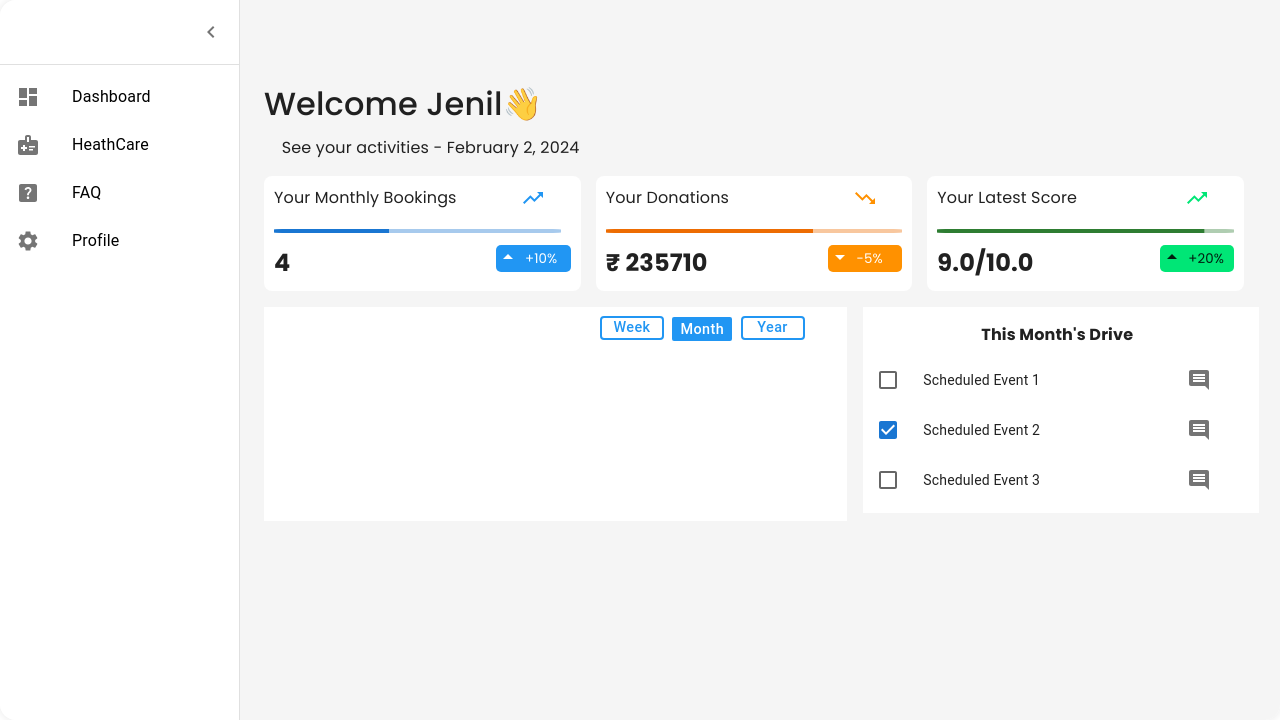
Repository: shubhampirate/Google_Solutions_Edural
Page: /dashboard
The author's editor kept a copy of each file at every save. The page is drawn from the files as they stood at one save, then again after the next save.
The browser window is 1280 px wide. The pictures show the whole page.
The page's requests for data from a server got no answer. The project was rebuilt for these pictures with package versions that can differ from the ones it lists, and the page was loaded fresh each time. Some packages were replaced by stand-ins written for this rebuild. No one was signed in, and anything a server would have sent is missing. Also part of the build but not shown: src/Components/CustomButton.jsx, src/Components/Navbar.jsx, src/Components/Footer.jsx, src/Components/CongratsCard.jsx, src/pages/Hero/Hero.jsx, src/pages/Sign_in.jsx.

Above is the page before, as saved 2024-02-03 17:44:08.

### src/index.js
import React from "react";
import ReactDOM from "react-dom/client";
import "./index.css";
import { GoogleOAuthProvider } from '@react-oauth/google';
import App from "./App";
import { BrowserRouter } from "react-router-dom";
const root = ReactDOM.createRoot(
    document.getElementById("root"));
root.render(
    <BrowserRouter>
<GoogleOAuthProvider clientId="730379698185-cv7a59sok9sod43v04ee6g6pt4gtaea2.apps.googleusercontent.com">
        {/* <React.StrictMode> */}
            <App />
        {/* </React.StrictMode> */}
    </GoogleOAuthProvider>
    </BrowserRouter>

);

### src/App.jsx
import Hero from "./pages/Hero/Hero";
import Dashboard from "./pages/Dashboard/Dashboard";
import SignIn from "./pages/Sign_in";
import {useState} from "react";
import { Route, Routes } from "react-router-dom";
function App() {
  return (
    <>
      {/* <Hero />   */}
      {/* <SignIn /> */}
      <Routes>
        <Route path="/signin" element={<><SignIn /></>} />
        <Route path="/dashboard" element={<><Dashboard /></>} />
        {/* <Route path="/education" element={<><Education /></>} /> */}
        {/* <Route path="/health" element={<><Health /></>} /> */}
        {/* <Route path="/profile" element={<><Profile /></>} /> */}
        {/* <Route path="/finance" element={<><Finance /></>} /> */}
        {/* <Route path="/questions" element={<><Questions /></>} /> */}
        {/* <Route path="/retireaibot" element={<><Bot /></>} /> */}
        <Route path="/" element={<><Hero /></>} />
      </Routes>
         </>
  );
}

export default App;

### src/pages/Dashboard/Dashboard.jsx
import * as React from 'react';
import { styled, createTheme, ThemeProvider } from '@mui/material/styles';
import CssBaseline from '@mui/material/CssBaseline';
import MuiDrawer from '@mui/material/Drawer';
import Box from '@mui/material/Box';
import MuiAppBar from '@mui/material/AppBar';
import Toolbar from '@mui/material/Toolbar';
import {
  LinearProgress, ListItem, CircularProgress, Checkbox, ListItemText, Dialog, DialogActions, DialogContent,
  DialogContentText, DialogTitle, ListItemIcon, ListItemButton
} from '@mui/material';
import TrendingUpIcon from '@mui/icons-material/TrendingUp';
// import { PieChart } from '@mui/x-charts/PieChart';
// import { useDrawingArea } from '@mui/x-charts/hooks';
import TrendingDownIcon from '@mui/icons-material/TrendingDown';
import List from '@mui/material/List';
import Divider from '@mui/material/Divider';
import IconButton from '@mui/material/IconButton';
import ArrowDropUpIcon from '@mui/icons-material/ArrowDropUp';
import ArrowDropDownIcon from '@mui/icons-material/ArrowDropDown';
import Grid from '@mui/material/Grid';
import MenuIcon from '@mui/icons-material/Menu';
import ChevronLeftIcon from '@mui/icons-material/ChevronLeft';
import { mainListItems } from '../../Components/listItems';
import axios from 'axios';
import Button from '@mui/material/Button';
import CommentIcon from '@mui/icons-material/Comment';
import Swal from 'sweetalert2';
import { useState } from 'react';
import { useEffect } from 'react';
// import { Bar } from "react-chartjs-2";
// import { BarElement, CategoryScale, Chart as ChartJS, Legend, LinearScale, Title, Tooltip } from "chart.js";
// import GoogleTranslateComponent from '../../Components/GoogleTranslateComponent';
// import csacc from "../../media/csacc.png"
// import creditscoremodel from "../../media/creditscoremodel.png"
// import creditflow from "../../media/creditflowchart.png"
// ChartJS.register(CategoryScale, LinearScale, BarElement, Title, Tooltip, Legend);

const drawerWidth = 240;

const AppBar = styled(MuiAppBar, {
  shouldForwardProp: (prop) => prop !== 'open',
})(({ theme, open }) => ({
  zIndex: theme.zIndex.drawer + 1,
  transition: theme.transitions.create(['width', 'margin'], {
    easing: theme.transitions.easing.sharp,
    duration: theme.transitions.duration.leavingScreen,
  }),
  ...(open && {
    marginLeft: drawerWidth,
    width: `calc(100% - ${drawerWidth}px)`,
    transition: theme.transitions.create(['width', 'margin'], {
      easing: theme.transitions.easing.sharp,
      duration: theme.transitions.duration.enteringScreen,
    }),
  }),
}));

const Drawer = styled(MuiDrawer, { shouldForwardProp: (prop) => prop !== 'open' })(
  ({ theme, open }) => ({
    '& .MuiDrawer-paper': {
      position: 'relative',
      whiteSpace: 'nowrap',
      width: drawerWidth,
      transition: theme.transitions.create('width', {
        easing: theme.transitions.easing.sharp,
        duration: theme.transitions.duration.enteringScreen,
      }),
      boxSizing: 'border-box',
      ...(!open && {
        overflowX: 'hidden',
        transition: theme.transitions.create('width', {
          easing: theme.transitions.easing.sharp,
          duration: theme.transitions.duration.leavingScreen,
        }),
        width: theme.spacing(7),
        [theme.breakpoints.up('sm')]: {
          width: theme.spacing(9),
        },
      }),
    },
  }),
);

var currentDate = new Date();

var months = [
  "January", "February", "March", "April", "May", "June",
  "July", "August", "September", "October", "November", "December"
];

var formattedDate = months[currentDate.getMonth()] + " " + currentDate.getDate() + ", " + currentDate.getFullYear();

const defaultTheme = createTheme();

export default function Dashboard() {
  const [open, setOpen] = React.useState(true);
  const toggleDrawer = () => {
    setOpen(!open);
  };

  const [expensedata, setExpensedata] = useState([])

  useEffect(() => {
    loadList();
  }, []);


  const loadList = async () => {
    const result = await axios.get(`https://wixstocle.pythonanywhere.com/api/expense/`, {
      headers: { "Authorization": `Token 11c868750d92deda81638c5a9a59177bdc7ae41a` },
    });
    console.log(result.data.data);
    setExpensedata(result.data.data);
  }

  const getLabels = () => expensedata.slice(-5).map(data => data.date);

  const getData = (key) => expensedata.slice(-5).map(data => data[key]);

  const optionsexpense = {
    indexAxis: 'x',
    elements: {
      bar: {
        borderWidth: 0,
      },
    },
    responsive: true,
    interaction: {
      mode: 'index',
      intersect: false,
    },
    scales: {
      x: {
        stacked: false,
      },
      y: {
        stacked: false,
      },
    },
    plugins: {
      legend: {
        position: 'top',
      }
    },
  };

  const dataexpense = {
    labels: getLabels(),
    datasets: [
      {
        label: 'Revenue',
        data: getData('income'),
        backgroundColor: '#2196f3',
      },
      {
        label: 'Spendings',
        data: getData('expense'),
        backgroundColor: '#ff9100',
      },
      {
        label: 'Savings',
        data: getData('savings'),
        backgroundColor: '#00e676',
      },
    ],
  };

  const today = new Date();
  const year = today.getFullYear();
  const month = String(today.getMonth() + 1).padStart(2, '0'); // Months are zero-based
  const day = String(today.getDate()).padStart(2, '0');

  const todayDate = `${year}-${month}-${day}`;

  const [userData, setUserData] = React.useState({
    income: '',
    savings: '',
    expense: '',
    date: todayDate,
    user: "tony@gmail.com"
  });

  const handleChangePlan = (field, value) => {
    setUserData((prevData) => ({ ...prevData, [field]: value }));
  };
  const creditscore = 87.4;

  const handlePostData = () => {
    console.log(userData);
    fetch(`https://wixstocle.pythonanywhere.com/api/expense/`, {
      method: 'POST',
      headers: {
        "Authorization": `Token 11c868750d92deda81638c5a9a59177bdc7ae41a`,
        'Content-Type': 'application/json',
      },
      body: JSON.stringify(userData),
    })
      .then((response) => response.json())
      .then((data) => {
        // console.log(data);
        if (data.status == true) {
          Swal.fire({
            icon: 'success',
            title: 'Successfully Saved the details',
            showConfirmButton: false,
            timer: 3000
          })
          setExpensedata([...expensedata, userData]);
        }
        else {
          Swal.fire({
            icon: 'error',
            title: data.message,
            showConfirmButton: false,
            timer: 3000
          })
        }
      });
  };


//   function PieCenterLabel({ children }) {
//     const { width, height, left, top } = useDrawingArea();
//     return (
//       <StyledText x={left + width / 2} y={top + height / 2}>
//         {children}
//       </StyledText>
//     );
//   }

  const [checked, setChecked] = React.useState([1]);

  const handleToggle = (value) => () => {
    const currentIndex = checked.indexOf(value);
    const newChecked = [...checked];

    if (currentIndex === -1) {
      newChecked.push(value);
    } else {
      newChecked.splice(currentIndex, 1);
    }

    setChecked(newChecked);
  };
  return (
    <ThemeProvider theme={defaultTheme}>
      <Box sx={{ display: 'flex', borderRadius: '16px', overflow: 'hidden', boxShadow: '0px 0px 10px rgba(0, 0, 0, 0.1)' }} >
        <CssBaseline />
        <AppBar position="absolute" open={open} sx={{ backgroundColor: "whitesmoke", boxShadow: 'none' }}>
          <Toolbar
            sx={{
              pr: '24px', // keep right padding when drawer closed
              display: 'flex',
              alignItems: 'center',
              justifyContent: 'space-between',
            }}>
            <Box sx={{ display: 'flex', alignItems: 'center' }}>
              <IconButton
                edge="start"
                aria-label="open drawer"
                onClick={toggleDrawer}
                sx={{
                  marginRight: '36px',
                  ...(open && { display: 'none' }),
                  backgroundColor: "#fff"
                }}>
                <MenuIcon />
              </IconButton>
            </Box>
          </Toolbar>
        </AppBar>
        <Drawer variant="permanent" open={open}>
          <Toolbar
            sx={{
              display: 'flex',
              alignItems: 'center',
              justifyContent: 'flex-end',
              px: [1],
            }}
          >
            {/* <GoogleTranslateComponent /> */}
            <IconButton onClick={toggleDrawer}>
              <ChevronLeftIcon />
            </IconButton>
          </Toolbar>
          <Divider />
          <List component="nav">
            {mainListItems}
          </List>
        </Drawer>
        <Box
          component="main"
          sx={{
            backgroundColor: (theme) =>
              theme.palette.mode === 'light'
                ? theme.palette.grey[100]
                : theme.palette.grey[900],
            flexGrow: 1,
            height: '100vh',
            overflow: 'auto',
          }}>
          <Toolbar />
          <Grid container spacing={2} marginTop="0.02rem" paddingLeft={3} paddingRight={2}>
            <Grid item xs={12}>
              <div style={{ fontSize: "2rem", fontWeight: "500" }}>Welcome Jenil👋  </div>
            </Grid>
            <Grid item xs={12} marginTop="-0.5rem">
              <div> &nbsp; &nbsp; See your activities - {formattedDate} </div>
            </Grid>
          </Grid>
          <Grid container spacing={2} marginTop="1rem" paddingLeft={5} paddingRight={2}>
            <Grid item xs={12} md={3.8} style={{ backgroundColor: "white", padding: "10px", marginRight: "15px", borderRadius: "0.5rem" }}>
              <Grid item xs={12}>
                <Grid container>
                  <Grid item xs={10}><div>Your Monthly Bookings</div></Grid>
                  <Grid item xs={2}><TrendingUpIcon sx={{ color: "#2196f3" }} /></Grid>
                </Grid>
                <Grid item xs={12}>
                  <LinearProgress variant="determinate" value={40} sx={{ color: "#2196f3", borderRadius: "10%", margin: "12px 10px 12px 0px" }} />
                </Grid>
                <Grid item xs={12}>
                  <Grid container>
                    <Grid item xs={9}>
                       <div style={{ fontSize: "1.5rem", fontWeight: "550" }}> 4</div>
                    </Grid>
                    <Grid item xs={3} style={{ backgroundColor: "#2196f3", color: "white", borderRadius: "5px", height: "1.65rem" }}>
                      <ArrowDropUpIcon /> <sup>+10%</sup>
                    </Grid>
                  </Grid>
                </Grid>
              </Grid>
            </Grid>
            <Grid item xs={12} md={3.8} style={{ backgroundColor: "white", padding: "10px", marginRight: "15px", borderRadius: "0.5rem" }}>
              <Grid item xs={12}>
                <Grid container>
                  <Grid item xs={10}><div>Your Donations</div></Grid>
                  <Grid item xs={2}><TrendingDownIcon sx={{ color: "#ff9100" }} /></Grid>
                </Grid>
                <Grid item xs={12}>
                  <LinearProgress variant="determinate" value={70} color='warning' sx={{ borderRadius: "10%", margin: "12px 0px" }} />
                </Grid>
                <Grid item xs={12}>
                  <Grid container>
                    <Grid item xs={9}>
                   <div style={{ fontSize: "1.5rem", fontWeight: "550" }}>₹ 235710</div>
                    </Grid>
                    <Grid item xs={3} style={{ backgroundColor: "#ff9100", color: "white", borderRadius: "5px", height: "1.65rem" }}>
                      <ArrowDropDownIcon /> <sup>-5%</sup>
                    </Grid>
                  </Grid>
                </Grid>
              </Grid>
            </Grid>
            <Grid item xs={12} md={3.8} style={{ backgroundColor: "white", padding: "10px", marginRight: "15px", borderRadius: "0.5rem" }}>
              <Grid item xs={12}>
                <Grid container>
                  <Grid item xs={10}><div>Your Latest Score</div></Grid>
                  <Grid item xs={2}><TrendingUpIcon sx={{ color: "#00e676" }} /></Grid>
                </Grid>
                <Grid item xs={12}>
                  <LinearProgress variant="determinate" value={90} color="success" style={{ borderRadius: "10%", margin: "12px 0px" }} />
                </Grid>
                <Grid item xs={12}>
                  <Grid container>
                    <Grid item xs={9}>
 <div style={{ fontSize: "1.5rem", fontWeight: "550" }}> 9.0/10.0</div>
                    </Grid>
                    <Grid item xs={3} style={{ backgroundColor: "#00e676", borderRadius: "5px", height: "1.65rem" }}>
                      <ArrowDropUpIcon /> <sup>+20%</sup>
                    </Grid>
                  </Grid>
                </Grid>
              </Grid>
            </Grid>
            {/* <Grid item xs={12} md={2.5} style={{ backgroundColor: "white", padding: "10px", borderRadius: "0.5rem" }}> */}
              {/* <Grid container spacing={2}> */}
                {/* <Grid item xs={12}>Today's Savings Deal</Grid> */}
                {/* <Grid item xs={12}>
                  <LinearProgress variant="determinate" value={0} color='secondary' sx={{ borderRadius: "10%", margin: "3px 0px" }} />
                </Grid> */}
                {/* <Grid item xs={12} sx={{ fontWeight: "550", marginTop: "-10px" }}>Buy Doctor Shoes from Amazon and save over <br />₹ 1500</Grid> */}
              {/* </Grid> */}
            {/* </Grid> */}
          </Grid>
          <Grid container spacing={2} marginTop="1rem" paddingLeft={5} paddingRight={2} marginBottom={2}>
            <Grid item xs={7} sx={{ backgroundColor: "white", padding: "5px", marginRight: "1rem" }}>
              <Grid container spacing={2} padding={1}>
                <Grid xs={7}></Grid>
                <Grid xs={1.5}><Button style={{
                  borderColor: "#2196f3", color: "#2196f3", height: "1.5rem", textTransform: "capitalize",
                  fontSize: "0.9rem", border: "2px solid", textAlign: "left"
                }}>Week</Button></Grid>
                <Grid xs={1.5}><Button style={{
                  backgroundColor: "#2196f3", color: "white", height: "1.75rem", textTransform: "capitalize",
                  fontSize: "0.9rem", border: "2px solid", textAlign: "left"
                }}>Month</Button></Grid>
                <Grid xs={1}><Button style={{
                  borderColor: "#2196f3", color: "#2196f3", height: "1.5rem", textTransform: "capitalize",
                  fontSize: "0.9rem", border: "2px solid", textAlign: "left"
                }}>Year</Button></Grid>
                <Grid xs={12} marginTop={2}>
                  {/* <Bar options={optionsexpense} data={dataexpense} /> */}
                </Grid>
              </Grid>
            </Grid>
            <Grid item xs={4.75} >
              <Grid container spacing={2} >

                <Grid item xs={12}>
                  <Grid container spacing={2} sx={{ backgroundColor: "white", marginBottom: "0.5rem" }}>
                    <Grid item xs={12} style={{ textAlign: "center", marginLeft: "-0.75rem", fontWeight: "600" }}>This Month's Drive</Grid>
                    <List sx={{ width: '100%', maxWidth: 360, bgcolor: 'background.paper' }}>
                      {[0, 1, 2].map((value) => {
                        const labelId = `checkbox-list-label-${value}`;
                        return (
                          <ListItem
                            key={value}
                            secondaryAction={
                              <IconButton edge="end" aria-label="comments">
                                <CommentIcon />
                              </IconButton>
                            }
                            disablePadding
                          >
                            <ListItemButton role={undefined} onClick={handleToggle(value)} dense>
                              <ListItemIcon>
                                <Checkbox
                                  edge="start"
                                  checked={checked.indexOf(value) !== -1}
                                  tabIndex={-1}
                                  disableRipple
                                  inputProps={{ 'aria-labelledby': labelId }}
                                />
                              </ListItemIcon>
                              <ListItemText id={labelId} style={{ marginLeft: "-0.75rem" }} primary={`Scheduled Event ${value + 1}`} />
                            </ListItemButton>
                          </ListItem>
                        );
                      })}
                    </List>
                  </Grid>
                </Grid>
              </Grid>
            </Grid>
          </Grid>

        </Box>
      </Box >
    </ThemeProvider >
  );
}

### src/Components/listItems.jsx
import * as React from 'react';
import ListItemButton from '@mui/material/ListItemButton';
import ListItemIcon from '@mui/material/ListItemIcon';
import ListItemText from '@mui/material/ListItemText';
import DashboardIcon from '@mui/icons-material/Dashboard';
import MedicalInformationIcon from '@mui/icons-material/MedicalInformation';
import SavingsIcon from '@mui/icons-material/Savings';
import SchoolIcon from '@mui/icons-material/School';
import HelpCenterIcon from '@mui/icons-material/HelpCenter';
import SettingsIcon from '@mui/icons-material/Settings';
import SmartToyIcon from '@mui/icons-material/SmartToy';
import { Link } from 'react-router-dom';
// import GoogleTranslateComponent from './GoogleTranslateComponent';


export const mainListItems = (
  <>
    <React.Fragment>
      <Link to="/dashboard" style={{ textDecoration: "none", color: "black" }}>
        <ListItemButton>
          <ListItemIcon>
            <DashboardIcon />
          </ListItemIcon>
          <ListItemText primary="Dashboard" />
        </ListItemButton>
      </Link>
      <Link to="/health" style={{ textDecoration: "none", color: "black" }}>
        <ListItemButton>
          <ListItemIcon>
            <MedicalInformationIcon />
          </ListItemIcon>
          <ListItemText primary="HeathCare" />
        </ListItemButton>
      </Link>
      {/* <Link to="/finance" style={{ textDecoration: "none", color: "black" }}>
        <ListItemButton>
          <ListItemIcon>
            <SavingsIcon />
          </ListItemIcon>
          <ListItemText primary="Finance Planning" />
        </ListItemButton>
      </Link> */}
      {/* <Link to="/education" style={{ textDecoration: "none", color: "black" }}>
        <ListItemButton>
          <ListItemIcon>
            <SchoolIcon />
          </ListItemIcon>
          <ListItemText primary="Educational Service" />
        </ListItemButton>
      </Link> */}
      <Link to="/questions" style={{ textDecoration: "none", color: "black" }}>
        <ListItemButton>
          <ListItemIcon>
            <HelpCenterIcon />
          </ListItemIcon>
          <ListItemText primary="FAQ" />
        </ListItemButton>
      </Link>
      <Link to="/profile" style={{ textDecoration: "none", color: "black" }}>
        <ListItemButton>
          <ListItemIcon>
            <SettingsIcon />
          </ListItemIcon>
          <ListItemText primary="Profile" />
        </ListItemButton>
      </Link>
      {/* <Link to="/retireaibot" style={{ textDecoration: "none", color: "black" }}>
        <ListItemButton>
          <ListItemIcon>
            <SmartToyIcon />
          </ListItemIcon>
          <ListItemText primary="Retire AI Bot" />
        </ListItemButton>
      </Link> */}
    </React.Fragment >
  </>
);

// export const secondaryListItems = (
//   <React.Fragment>
//     <ListSubheader component="div" inset>
//       Saved reports
//     </ListSubheader>
//     <ListItemButton>
//       <ListItemIcon>
//         <AssignmentIcon />
//       </ListItemIcon>
//       <ListItemText primary="Current month" />
//     </ListItemButton>
//     <ListItemButton>
//       <ListItemIcon>
//         <AssignmentIcon />
//       </ListItemIcon>
//       <ListItemText primary="Last quarter" />
//     </ListItemButton>
//     <ListItemButton>
//       <ListItemIcon>
//         <AssignmentIcon />
//       </ListItemIcon>
//       <ListItemText primary="Year-end sale" />
//     </ListItemButton>
//   </React.Fragment>
// );

Loaded but not shown: public/index.html (common file); src/index.css (common file)

After the next save:
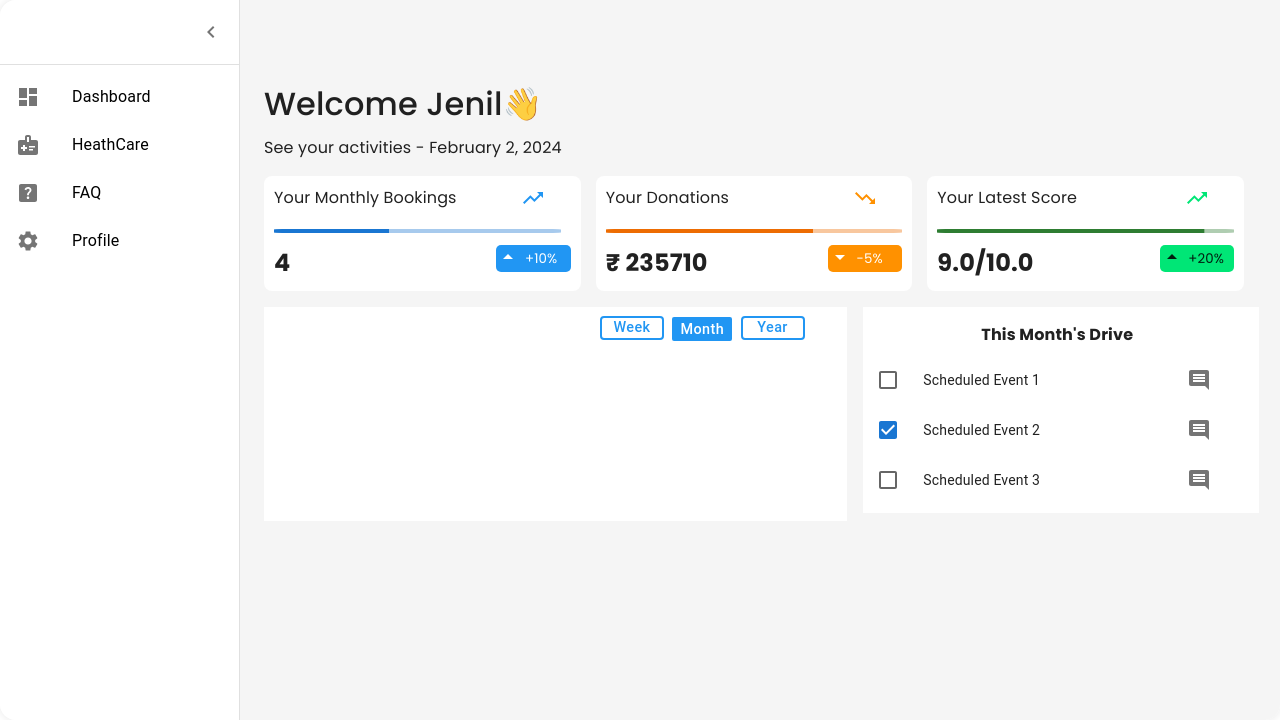
Saved 10 s later.
--- a/src/pages/Dashboard/Dashboard.jsx
+++ b/src/pages/Dashboard/Dashboard.jsx
@@ -306,7 +306,7 @@ export default function Dashboard() {
               <div style={{ fontSize: "2rem", fontWeight: "500" }}>Welcome Jenil👋  </div>
             </Grid>
             <Grid item xs={12} marginTop="-0.5rem">
-              <div> &nbsp; &nbsp; See your activities - {formattedDate} </div>
+              <div> See your activities - {formattedDate} </div>
             </Grid>
           </Grid>
           <Grid container spacing={2} marginTop="1rem" paddingLeft={5} paddingRight={2}>
